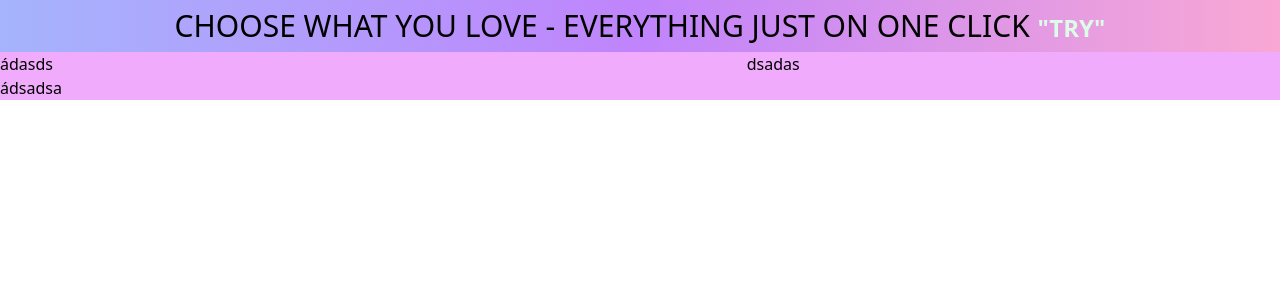
Repository: NguyenVietPhuQuy/ReactJs-TailWind-Redux-FunctionHook-ModelDesign
Page: / (app in modeldesign/)
These files come from the project's save history. The page is drawn as it stood at one moment and after the next save; the edit follows.
The browser window is 1280 px wide. The pictures show the whole page.
The project was rebuilt for these pictures with package versions that can differ from the ones it lists, and the page was loaded fresh each time. Also part of the build but not shown: modeldesign/src/App.css.

Above is the page before, as saved 2022-11-17 10:34:52.

After the next save:
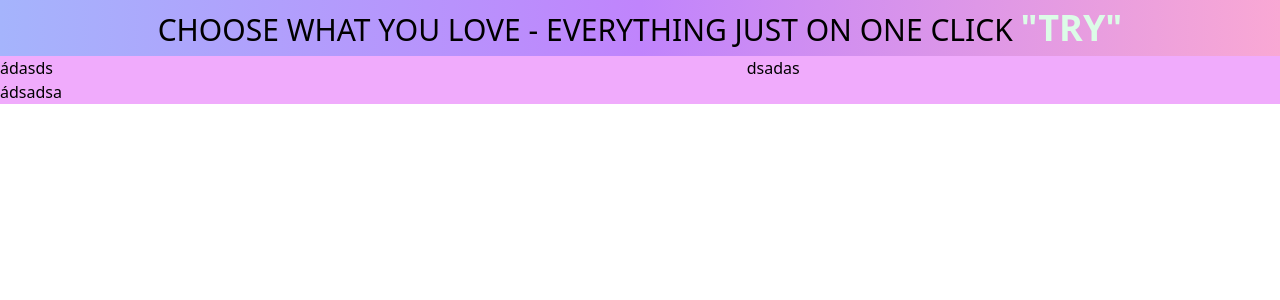
Saved 49 s later.
--- a/modeldesign/src/Components/Header.js
+++ b/modeldesign/src/Components/Header.js
@@ -2,7 +2,7 @@ import React from "react";
 function Header(){
     return (
         <div className="text-center text-3xl p-2">
-            CHOOSE WHAT YOU LOVE - EVERYTHING JUST ON ONE CLICK <span className="text-green-100 font-bold text-2xl">"TRY" </span>
+            CHOOSE WHAT YOU LOVE - EVERYTHING JUST ON ONE CLICK <span className="text-green-100 font-bold text-4xl">"TRY" </span>
         </div>
     )
 }
